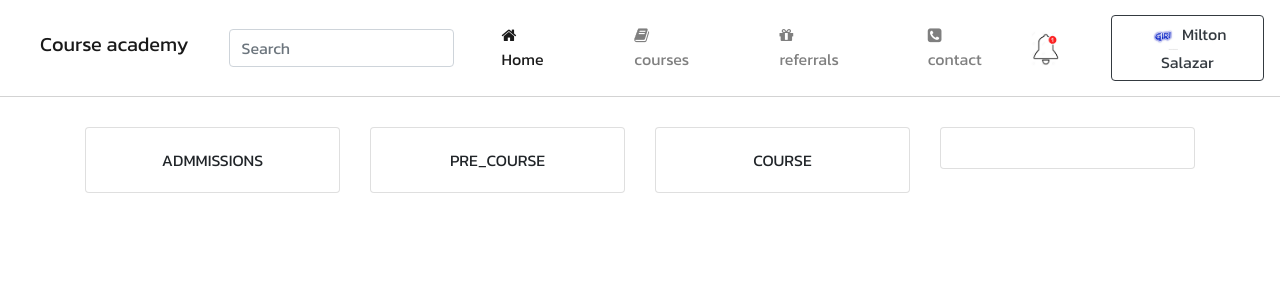
Repository: giribabu1997/html-layout
Page: task.html
An editor plug-in stored every save of this project. The page is shown before and after the next save, followed by the edit.
The browser window is 1280 px wide. The pictures show the whole page.

Above is the page before, as saved 2019-06-24 14:57:47.

After the next save:
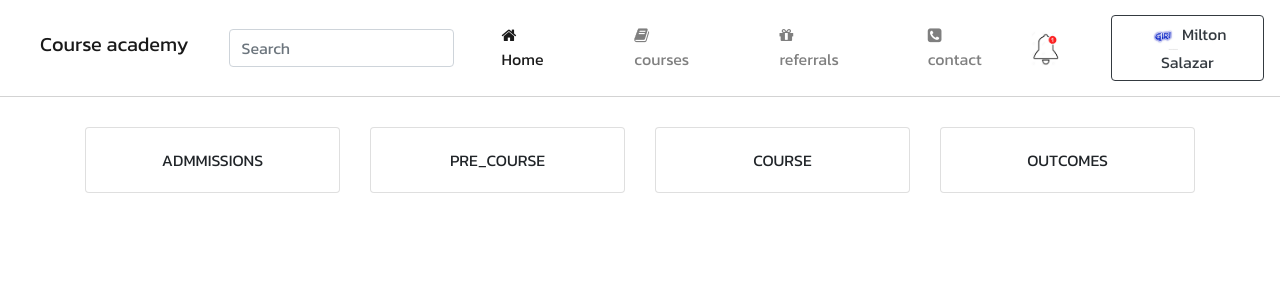
Saved 21 s later.
--- a/task.html
+++ b/task.html
@@ -95,7 +95,7 @@
                     <div class="col-md-3">
                             <div class="card">
                                 <div class="card-body" style="text-align: center">
-                                    <h> </h>
+                                    <h> OUTCOMES</h>
                                 </div>
                             </div>
                         </div>
